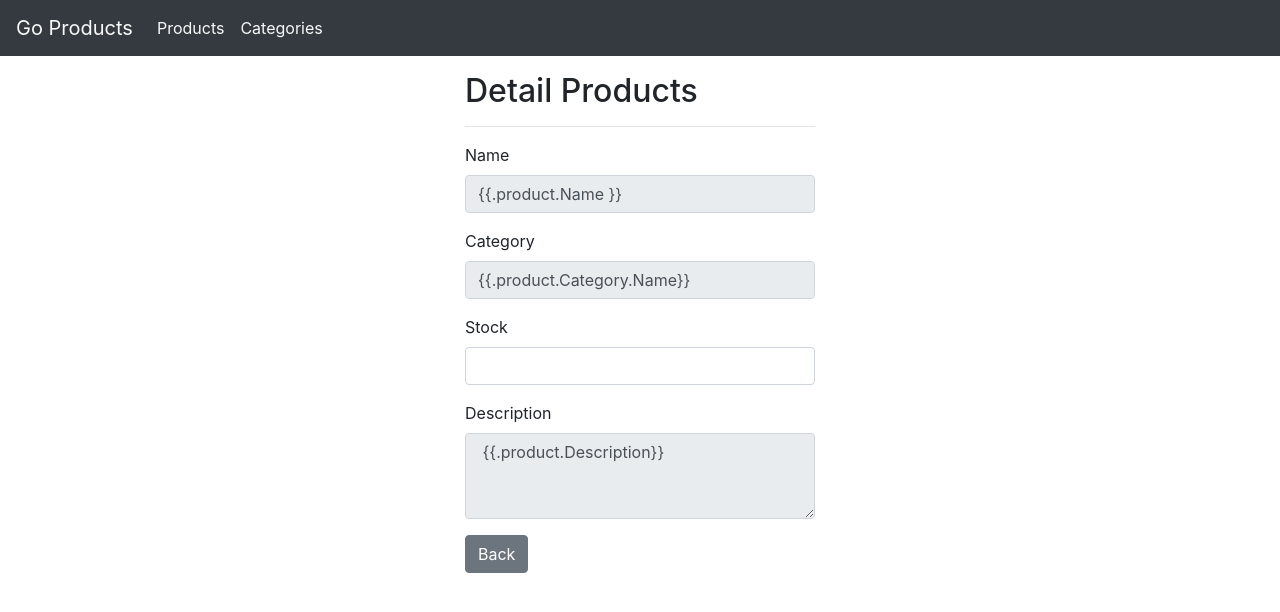
Repository: Nouthemoran/go-web-native-crud
Page: views/product/detail.html
These files come from the project's save history. The page is drawn as it stood at one moment and after the next save; the edit follows.
The browser window is 1280 px wide. The pictures show the whole page.

Above is the page before, as saved 2023-10-11 11:42:13.

After the next save:
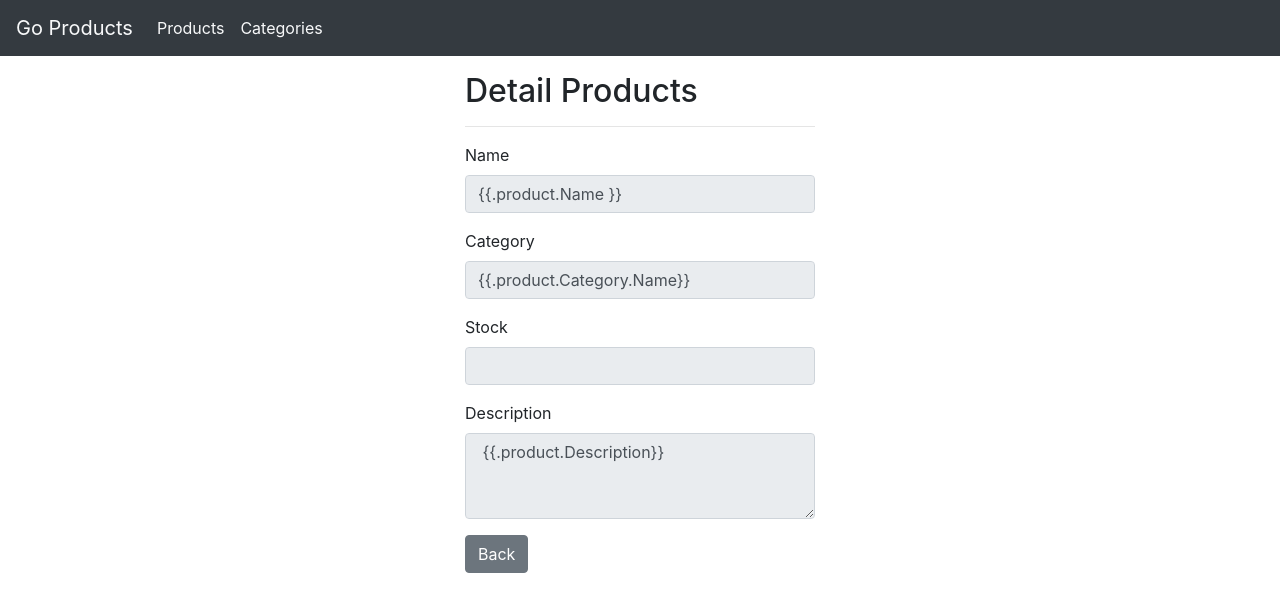
Saved 41 s later.
--- a/views/product/detail.html
+++ b/views/product/detail.html
@@ -46,7 +46,7 @@
                     </div>
                     <div class="form-group">
                         <label>Stock</label>
-                        <input type="number" class="form-control" name="stock" autocomplete="off" value="{{ .product.Stock}}">
+                        <input type="number" class="form-control" name="stock" autocomplete="off" value="{{ .product.Stock}}" disabled>
                     </div>
                     <div class="form-group">
                         <label>Description</label>
